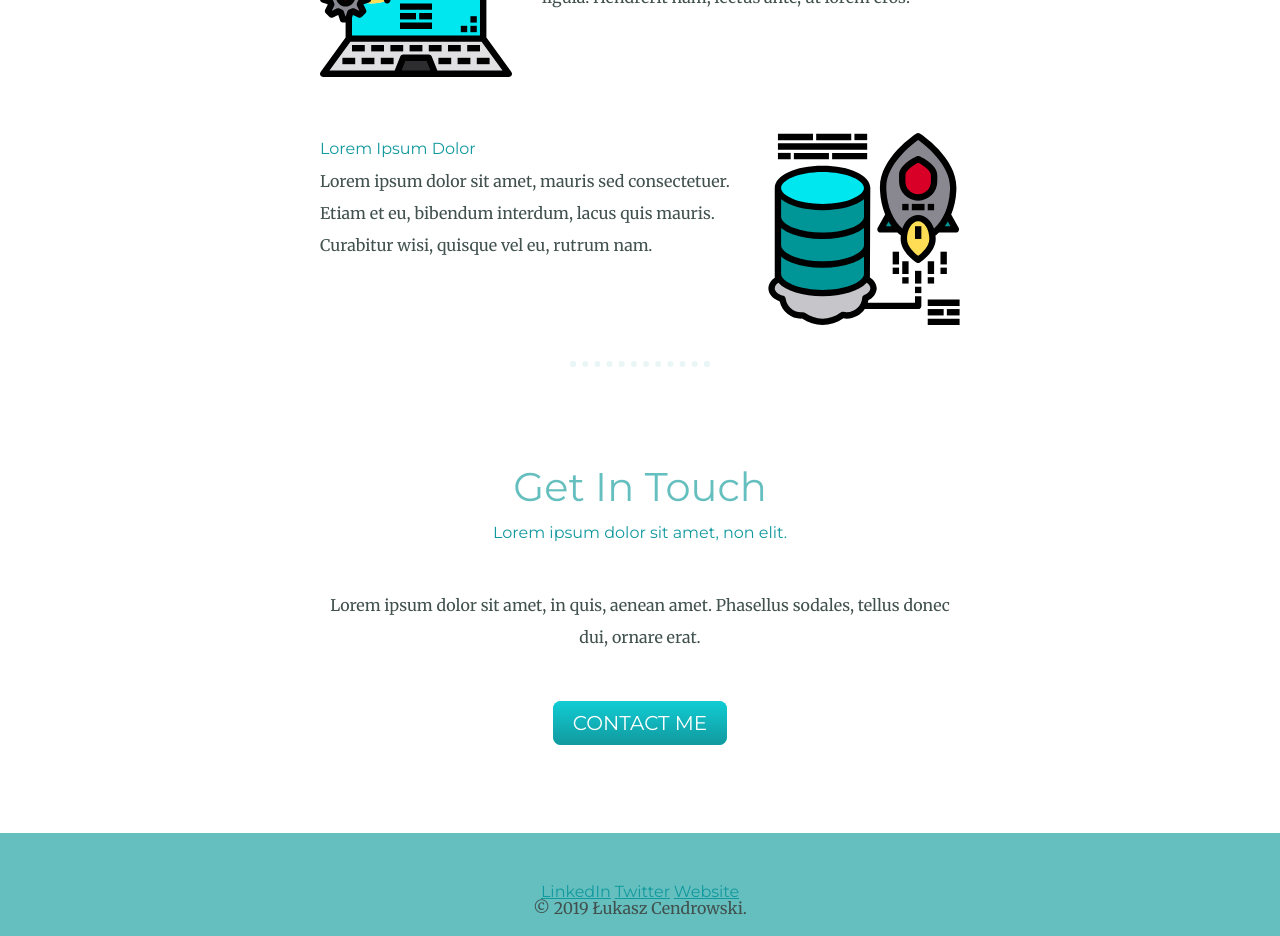
Repository: Isanderr/simple_landing_page-1
Page: index.html
These files come from the project's save history. The page is drawn as it stood at one moment and after the next save; the edit follows.
The browser window is 1280 px wide. The pictures show the part of the page from y = 1429 to 2381 px (the page is 2365 px tall before and 2381 px after).
A picture or video elsewhere on the page could not be fetched, so the positions and the page height are approximate.

Above is the page before, as saved 2019-02-01 18:00:52.

After the next save:
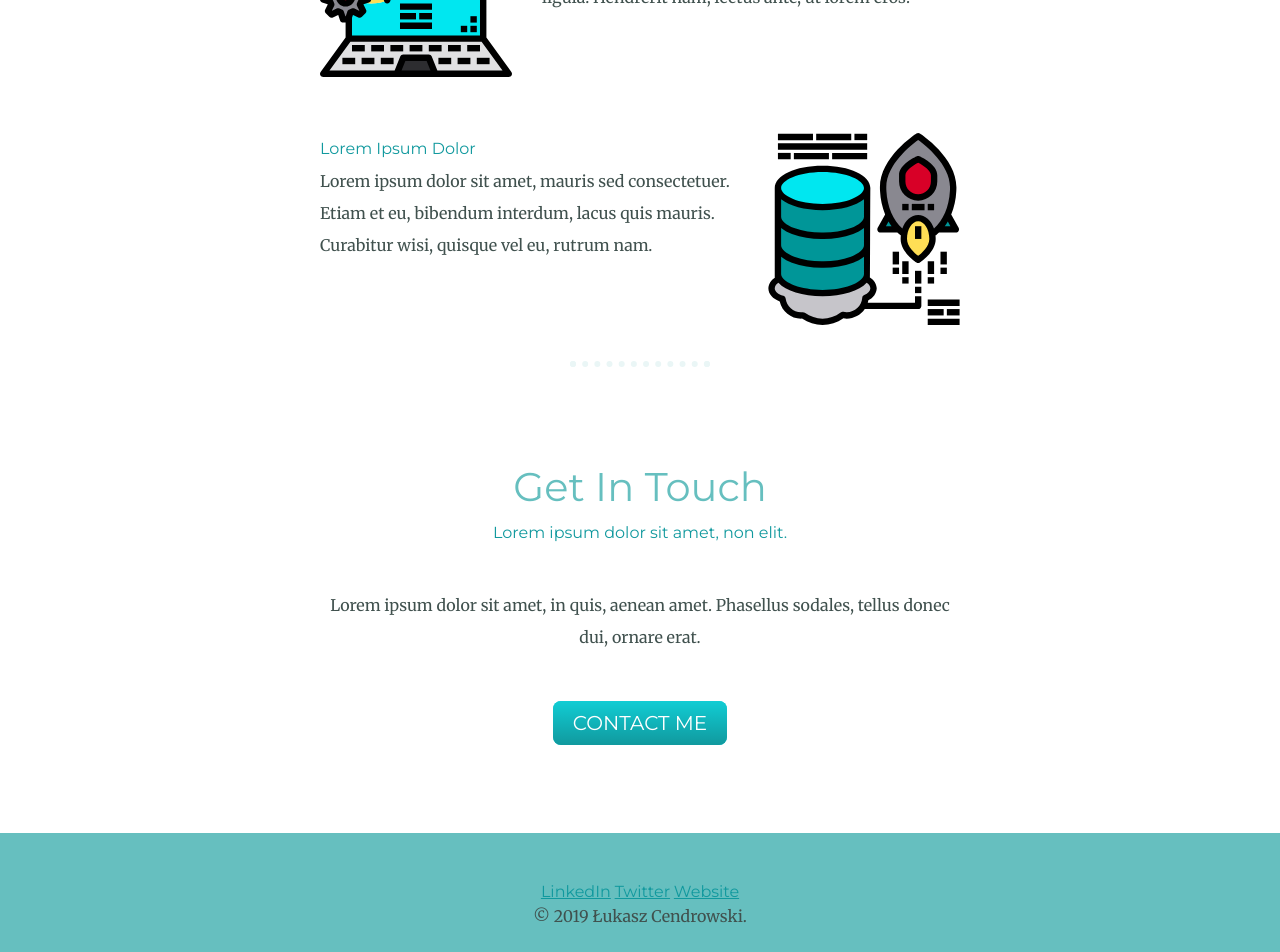
Saved 20 s later.
--- a/css/styles.css
+++ b/css/styles.css
@@ -33,6 +33,9 @@ hr {
     border-bottom: none;
     width: 10%;
     margin: 100px auto;
+}
+p{
+    line-height: 2;
 }
 
 a {
